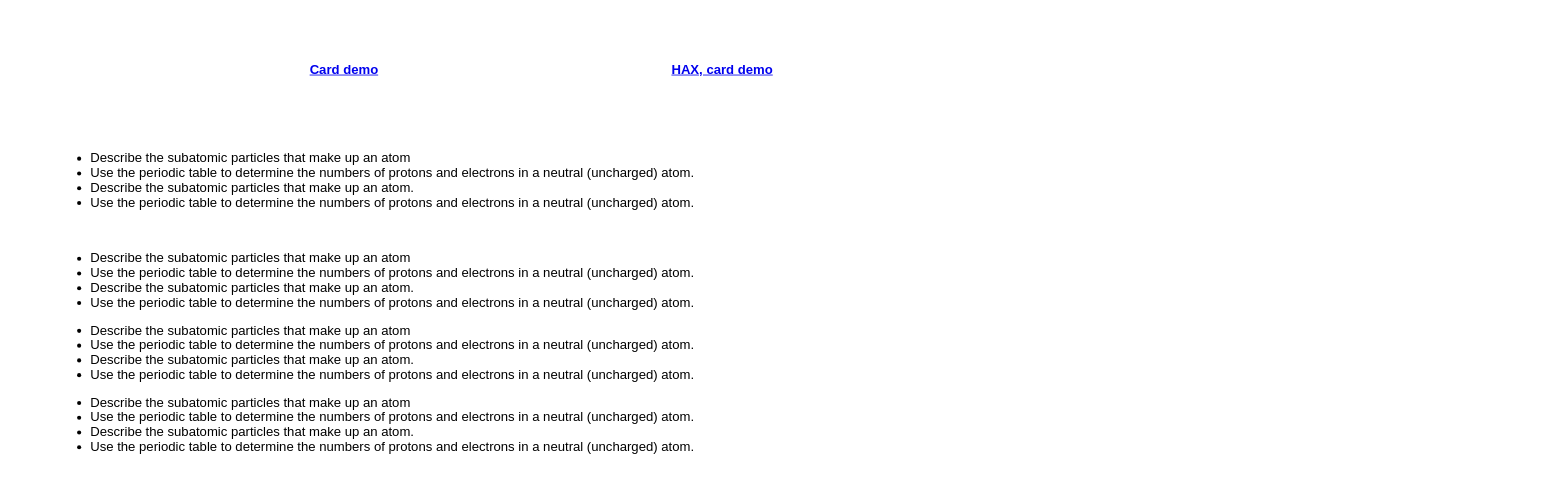
Repository: IST402/pj2temp
Page: index.html
The author's editor kept a copy of each file at every save. The page is drawn from the files as they stood at one save, then again after the next save.
The browser window is 1280 px wide. The page is 1894 px wide, so the pictures cover 1894 px, including what lies to the right of the window. The pictures show the whole page, at 82% of full size.

Above is the page before, as saved 2021-10-28 20:27:34.
Console error: SyntaxError: Cannot use import statement outside a module

After the next save:
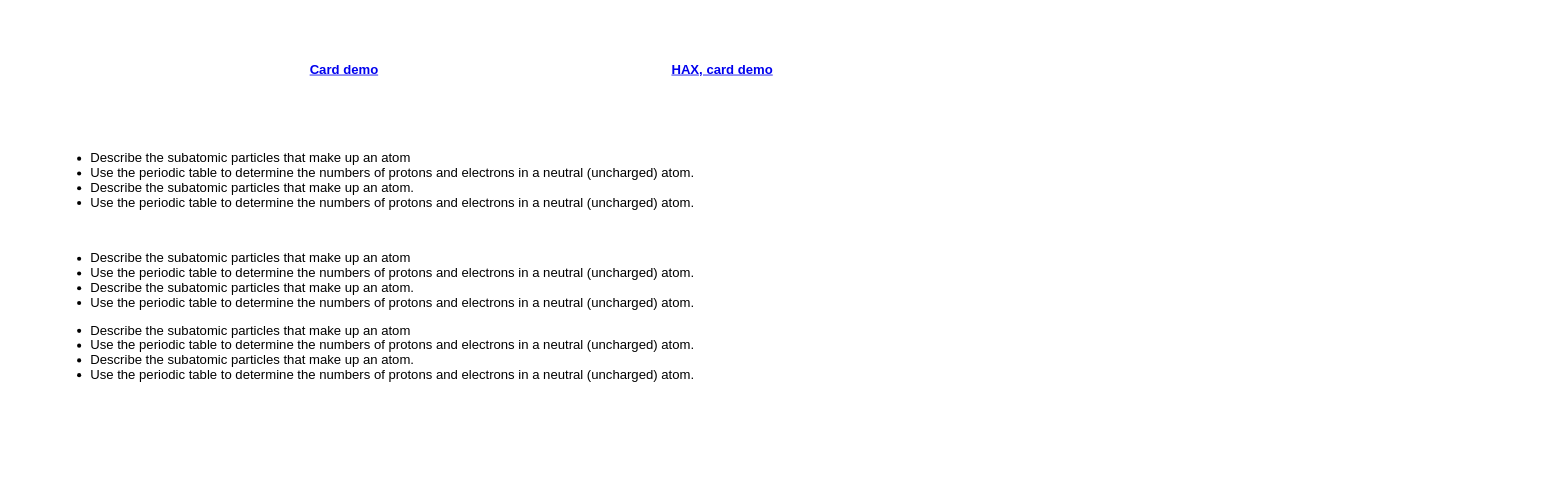
Saved 15 s later.
--- a/index.html
+++ b/index.html
@@ -104,7 +104,7 @@
         </ul>
       </div>
     </learning-card>
-    <learning-card type="default test">
+    <!-- <learning-card type="default test">
       <div slot='content'>
         <ul>
           <li>Describe the subatomic particles that make up an atom</li>
@@ -124,7 +124,7 @@
 
     <lc-frame type="CHEM CONNECTION">
 
-    </lc-frame>
+    </lc-frame> -->
 
     <!-- <lc-header type="DID YOU KNOW?">
       <lc-icon type="DID YOU KNOW?" slot="icon"></lc-icon>
